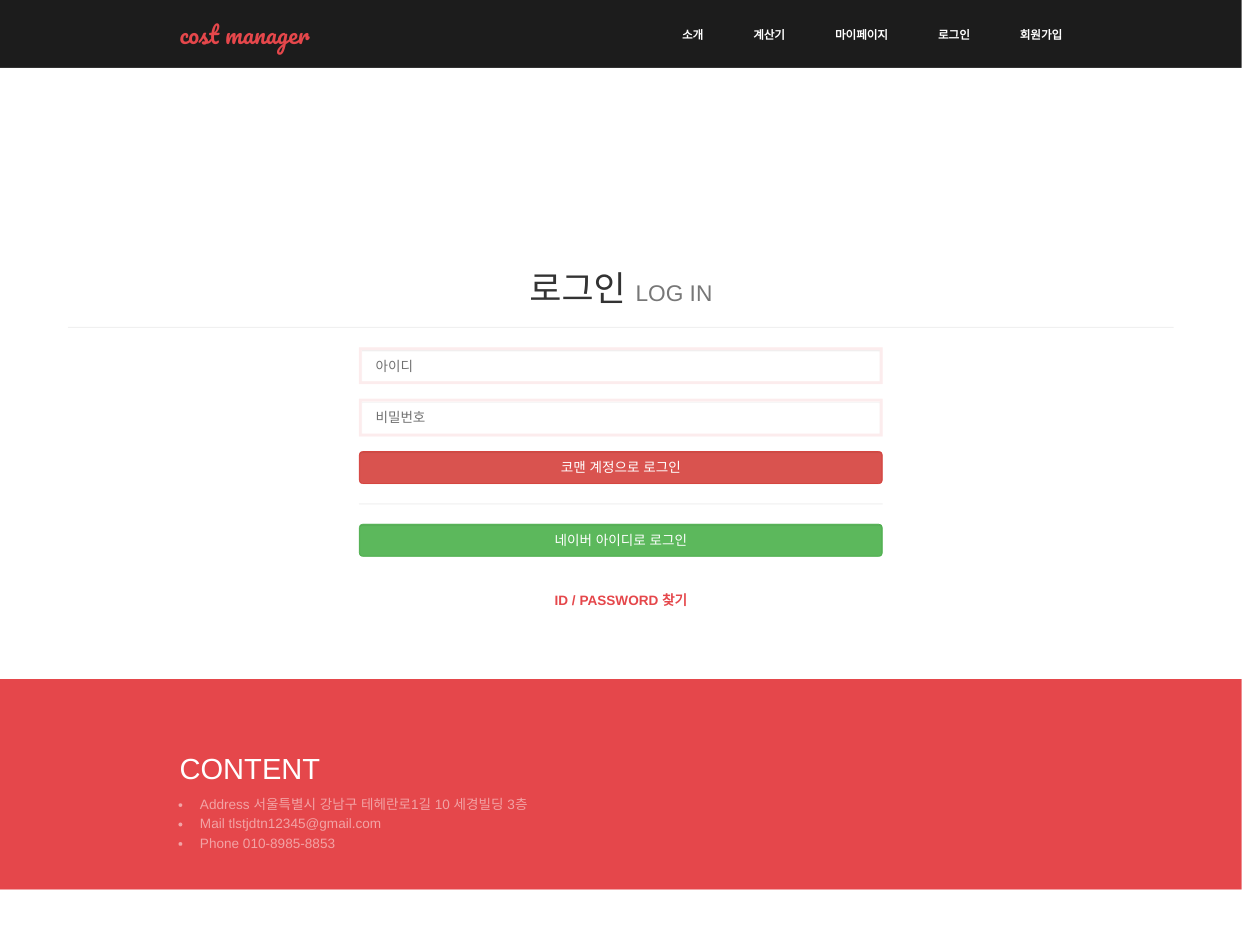
Repository: sseongsu/web1
Page: http://localhost/Project/WEB-INF/views/login.jsp
An editor plug-in stored every save of this project. The page is shown before and after the next save, followed by the edit.
The browser window is 1280 px wide. The pictures show the whole page, at 97% of full size.
Some web fonts or font styles are not loaded; a fallback is used. Some web libraries are served in a nearby version. The page is served by Tomcat 9. Nobody is signed in. The template is opened directly, without the code that normally fills it, so the values that code supplies are empty.

Above is the page before, as saved 2021-03-12 05:47:33.

After the next save:
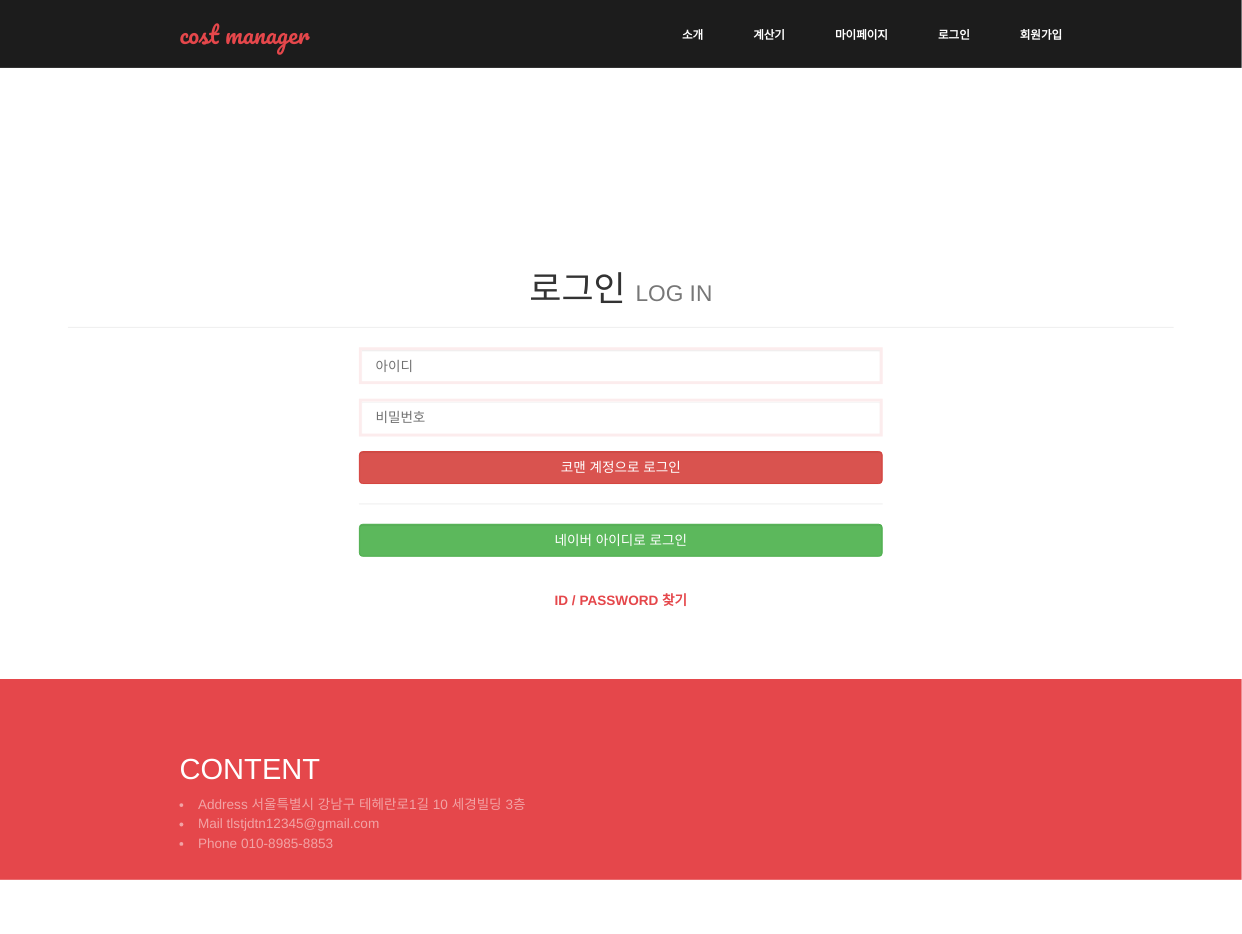
Saved 48 s later.
--- a/Project/src/main/webapp/WEB-INF/views/login.jsp
+++ b/Project/src/main/webapp/WEB-INF/views/login.jsp
@@ -37,11 +37,11 @@
 					<header>
 						<h2>Content</h2>
 					</header>
-					<ul>
+
 						<li class="first"><span class="address">Address</span> <span class="address-01">서울특별시 강남구 테헤란로1길 10 세경빌딩 3층</span> </li>
 						<li> <span class="mail">Mail</span> <span class="mail-01">tlstjdtn12345@gmail.com</span> </li>
 						<li> <span class="phone">Phone</span> <span class="phone-01">010-8985-8853</span> </li>
-					</ul>
+
 				</div>
 			</section>
 
